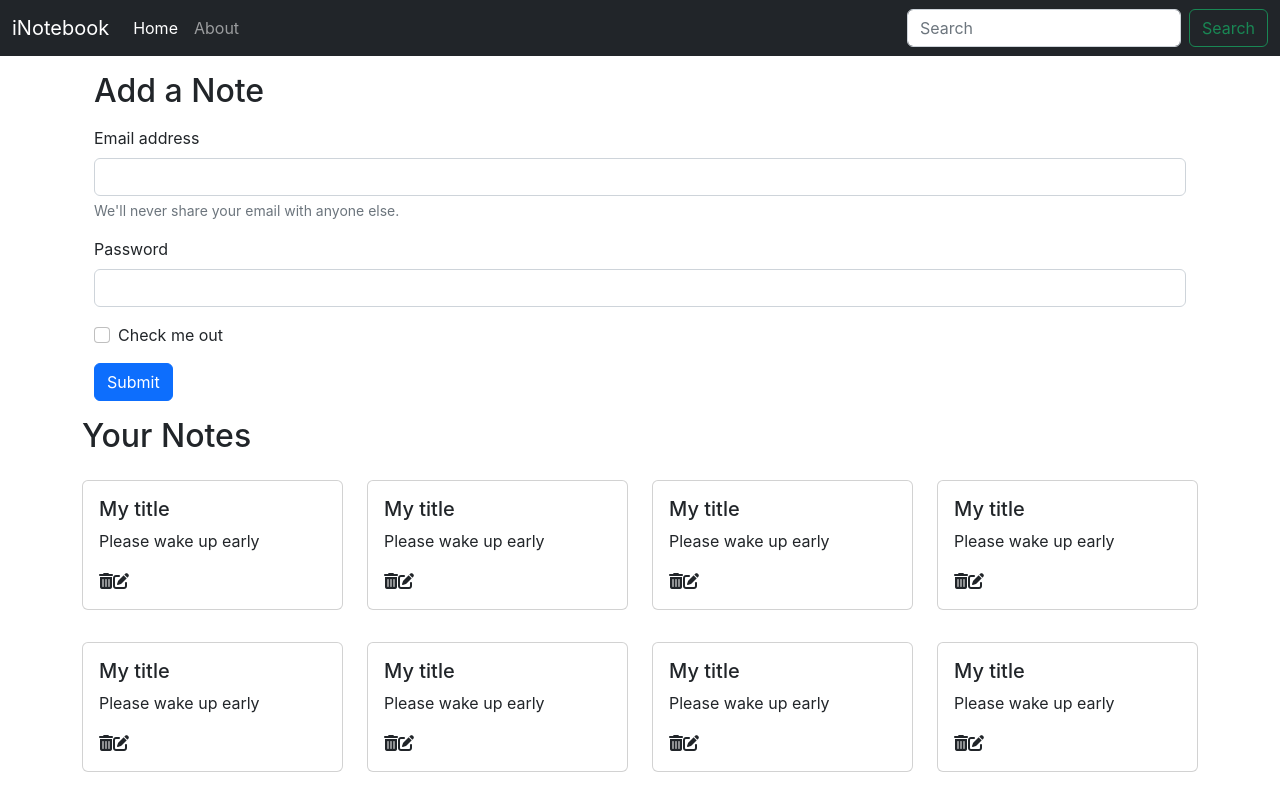
Repository: SatishPatil108/iNotebook-React
Page: /
An editor plug-in stored every save of this project. The page is shown before and after the next save, followed by the edit.
The browser window is 1280 px wide. The pictures show the whole page.
Some web libraries are served in a nearby version. The project was rebuilt for these pictures with package versions that can differ from the ones it lists, and the page was loaded fresh each time. Also part of the build but not shown: src/App.css, src/components/About.js.

Above is the page before, as saved 2022-07-24 18:31:35.

After the next save:
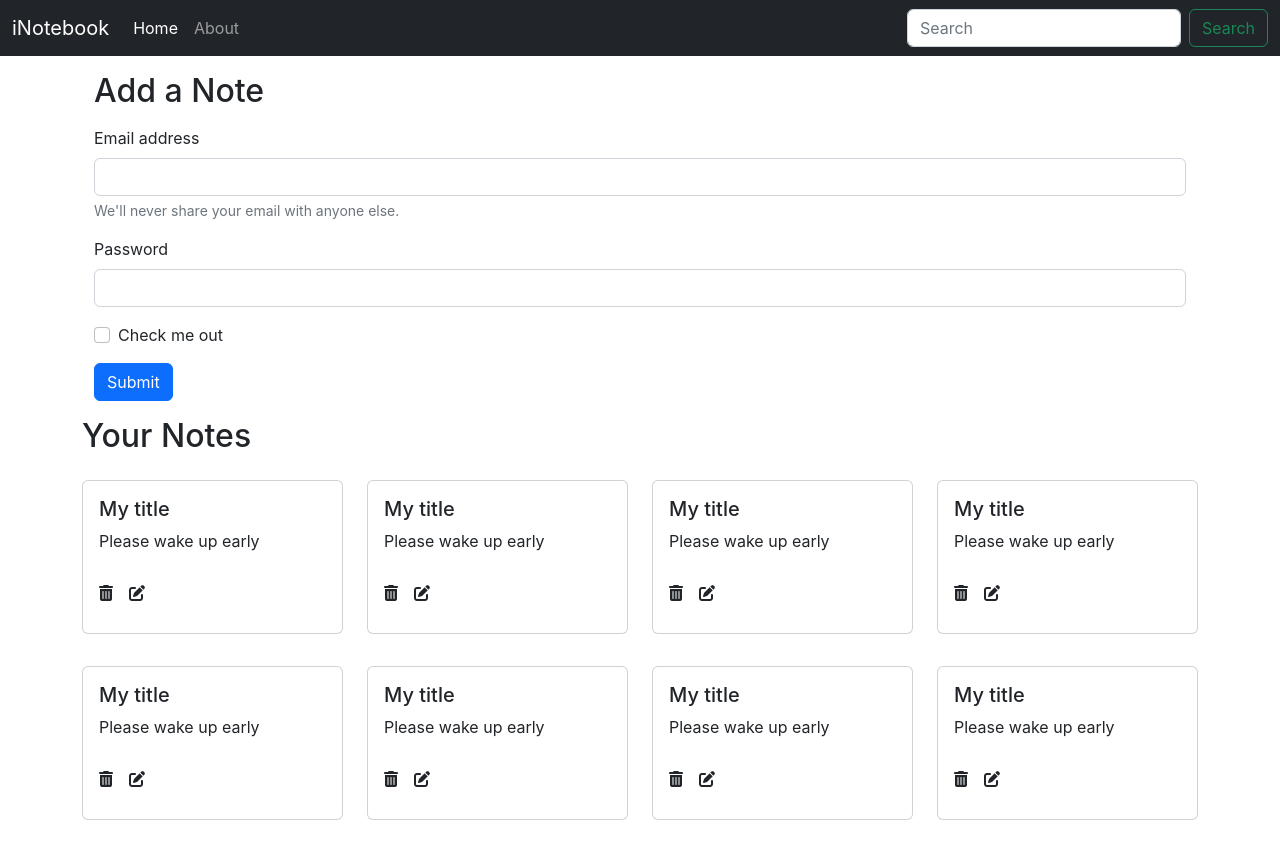
Saved 21 s later.
--- a/src/components/Noteitem.js
+++ b/src/components/Noteitem.js
@@ -9,7 +9,7 @@
                     <h5 className="card-title">{note.title}</h5>
                     <p className="card-text">{note.description}</p>
                     <i className="fa-solid fa-trash-can"></i>
-                    <i className="fa-solid fa-pen-to-square"></i>
+                    <i className="fa-solid fa-pen-to-square m-3"></i>
                 </div>
             </div>
         </div>
